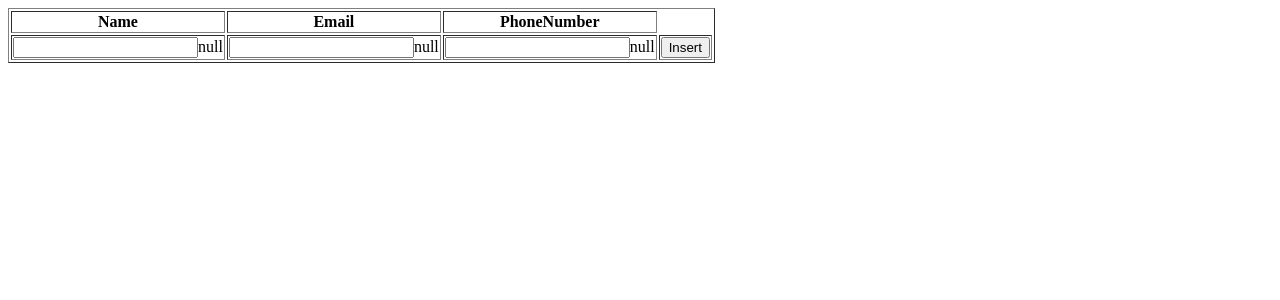
Repository: PhuongNgo95/PhuongNgo95.github.io
Page: http://localhost/ProjectVinID/InsertController
These files come from the project's save history. The page is drawn as it stood at one moment and after a run of saves; the edit follows.
The browser window is 1280 px wide. The pictures show the whole page.
The page is served by Tomcat 9.

Above is the page before, as saved 2020-09-17 16:03:40.

After the next 2 saves:
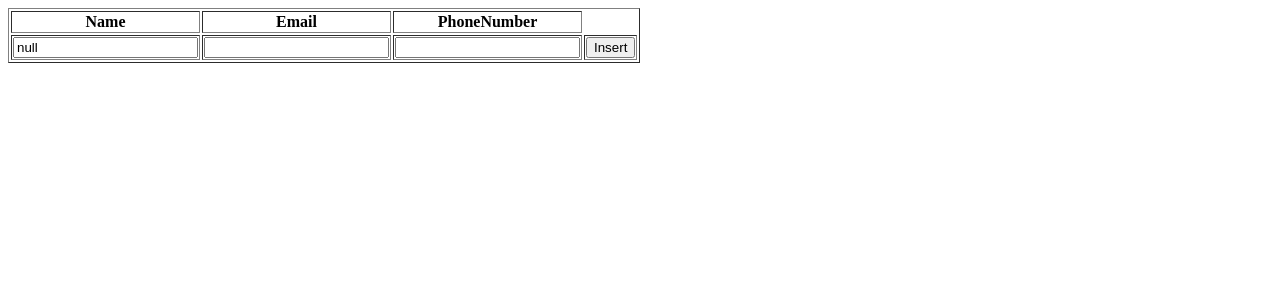
The 2 saves are shown as one change because they came seconds apart.
The last was saved 22 s later.
--- a/ProjectVinID/WebContent/WEB-INF/View/Insert.jsp
+++ b/ProjectVinID/WebContent/WEB-INF/View/Insert.jsp
@@ -16,9 +16,9 @@
 			<th>PhoneNumber</th>
 		</tr>
 			<tr>
-				<td><input type="text" name="name">null</td>
-				<td><input type="text" name="email">null</td>
-				<td><input type="text" name="phoneNumber">null</td>
+				<td><input type="text" name="name" value="null"></td>
+				<td><input type="text" name="email"></td>
+				<td><input type="text" name="phoneNumber"></td>
 				<td>
 					<input type="submit" value="Insert">
 				</td>
